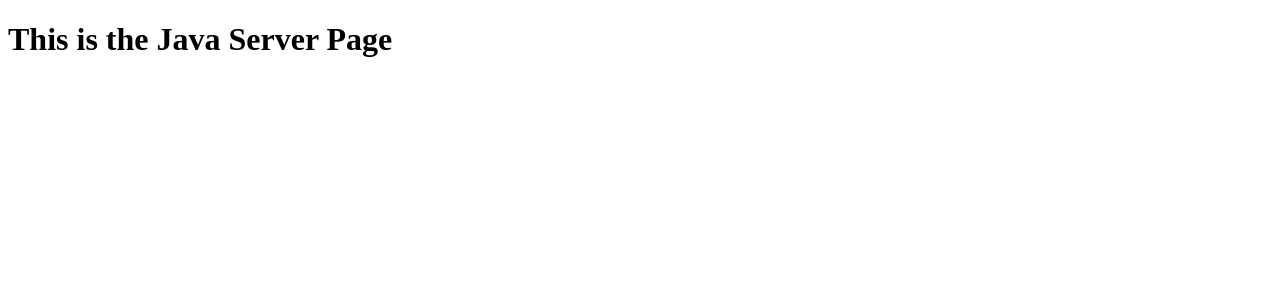
Repository: LEOHAPPY/JAVA_SA
Page: http://localhost/Day4-ServletJSPELDemo/c1
An editor plug-in stored every save of this project. The page is shown before and after the next save, followed by the edit.
The browser window is 1280 px wide. The pictures show the whole page.
The page is served by Tomcat 9.

Above is the page before, as saved 2016-11-30 03:12:57.

After the next save:
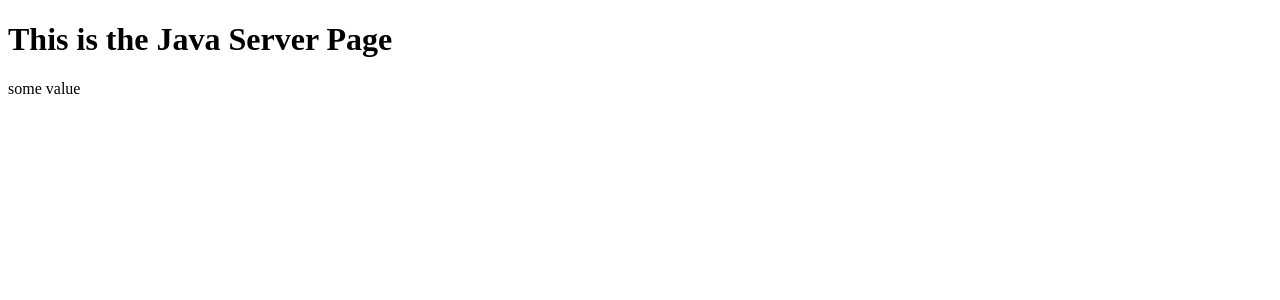
Saved 20 s later.
--- a/Workspace/JavaEEWorkspace/Day4-ServletJSPELDemo/WebContent/firstjsp.jsp
+++ b/Workspace/JavaEEWorkspace/Day4-ServletJSPELDemo/WebContent/firstjsp.jsp
@@ -8,6 +8,6 @@
 </head>
 <body>
   <h1>This is the Java Server Page</h1>
-
+     ${requestScope.key1}
 </body>
 </html>
